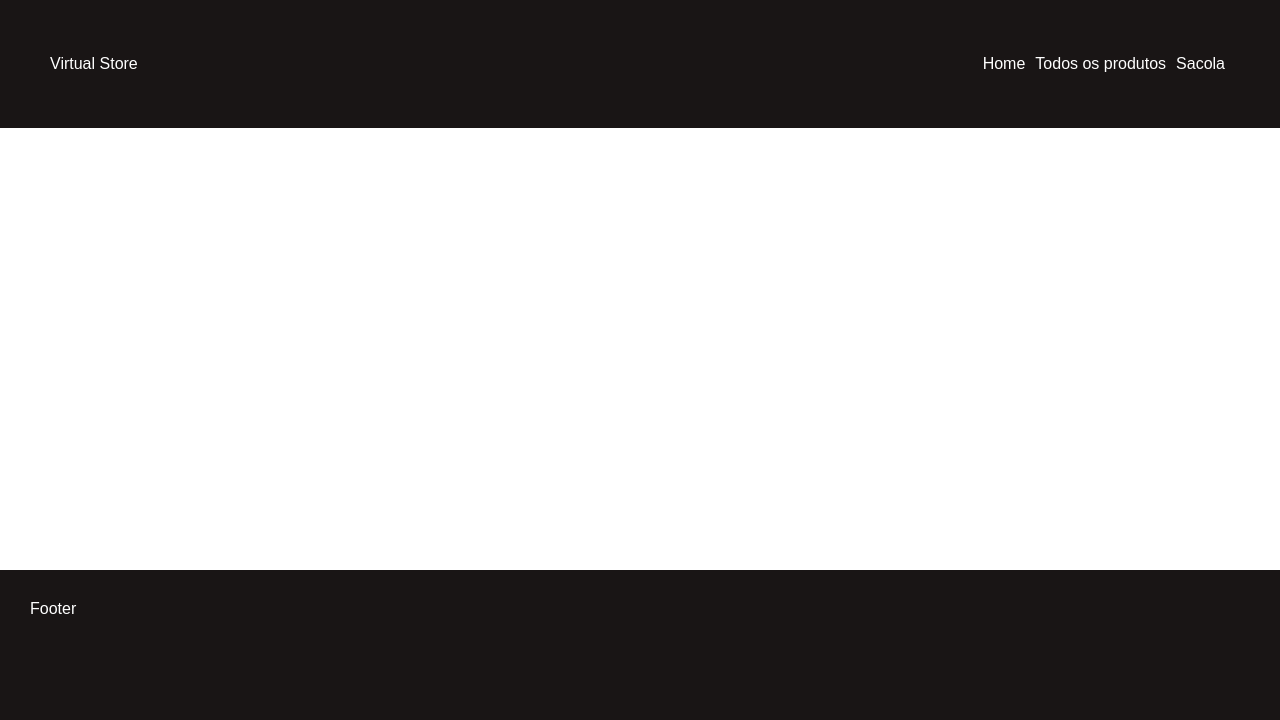
Repository: meiotera/virtuL-store
Page: /lista-de-produtos
These files come from the project's save history. The page is drawn as it stood at one moment and after the next save; the edit follows.
The browser window is 1280 px wide. The pictures show the whole page.
The page's requests for data from a server got no answer. The project was rebuilt for these pictures with package versions that can differ from the ones it lists, and the page was loaded fresh each time. No one was signed in, and anything a server would have sent is missing. Also part of the build but not shown: vite.config.js, src/pages/Home.jsx, src/styles/ProductCard.module.css, src/styles/Button.module.css, src/components/Button.jsx, src/components/ProductCard.jsx, src/styles/ProductDetail.module.css, src/pages/ProductDetail.jsx and 1 more.

Above is the page before, as saved 2025-04-09 05:57:34.

### src/main.jsx
import { StrictMode } from 'react';
import { createRoot } from 'react-dom/client';
import './index.css';
import App from './App.jsx';
import { CartProvider } from './context/CartContext.jsx';

createRoot(document.getElementById('root')).render(
  <StrictMode>
    <CartProvider>
      <App />
    </CartProvider>
  </StrictMode>,
);

### src/index.css
* {
  margin: 0;
  padding: 0;
  list-style: none;

  font-family: Arial, Helvetica, sans-serif;
  text-decoration: none;
  box-sizing: border-box;
}

body {
  margin: 0 auto;
}

footer {
  position: absolute;

  bottom: 0;
  left: 0;
  right: 0;
}

### src/App.jsx
import { BrowserRouter, Link, Route, Routes } from 'react-router-dom';
import Header from './components/Header';
import Main from './components/Main';
import Footer from './components/Footer';
import Home from './pages/Home';
import ProductList from './pages/ProductList';
import ProductDetail from './pages/ProductDetail';
import Cart from './pages/Cart';

function App() {
  return (
    <BrowserRouter>
      <Header />

      <Main>
        <Routes>
          <Route path="/" element={<Home />} />
          <Route path="/lista-de-produtos" element={<ProductList />} />
          <Route
            path="/lista-de-produtos/:title/:id"
            element={<ProductDetail />}
          />

          <Route path="/cart" element={<Cart />} />
        </Routes>
      </Main>

      <Footer />
    </BrowserRouter>
  );
}

export default App;

### src/context/CartContext.jsx
import { createContext, useContext, useState } from 'react';

export const CartContext = createContext();

export const CartProvider = ({ children }) => {
  const [cartItems, setCartItems] = useState([]);

  const addToCart = (product) => {
    const existing = cartItems.find((item) => item.id === product.id);

    if (existing) {
      const updated = cartItems.map((item) =>
        item.id === product.id
          ? { ...item, quantity: item.quantity + 1 }
          : item,
      );

      setCartItems(updated);
    } else {
      setCartItems([...cartItems, { ...product, quantity: 1 }]);
    }
  };

  return (
    <CartContext.Provider value={{ cartItems, addToCart }}>
      {children}
    </CartContext.Provider>
  );
};

export const useCart = () => useContext(CartContext);

### src/components/Header.jsx
import React from 'react';
import styles from '../styles/Header.module.css';
import MenuNav from './MenuNav';

const Header = () => {
  return (
    <header className={styles.header}>
      <div className={styles.containerHeader}>
        <div>Virtual Store</div>

        <div className={styles.navContainer}>
          <MenuNav />
        </div>
      </div>
    </header>
  );
};

export default Header;

### src/components/Main.jsx
import React from 'react';
import styles from '../styles/Main.module.css';

const Main = ({ children }) => {
  return <main className={styles.main}>{children}</main>;
};

export default Main;

### src/components/Footer.jsx
import React from 'react';
import styles from '../styles/Footer.module.css';

const Footer = () => {
  return (
    <footer className={styles.footer}>
      <div className={styles.footerContainer}>Footer</div>
    </footer>
  );
};

export default Footer;

### src/pages/ProductList.jsx
import React, { useEffect, useState } from 'react';
import { getAllProducts } from '../services/api';
import ProductCard from '../components/ProductCard';

import styles from '../styles/ProductList.module.css';

const ProductList = () => {
  const [products, setProdutcts] = useState([]);

  useEffect(() => {
    const fetchData = async () => {
      const data = await getAllProducts();
      setProdutcts(data);
    };

    fetchData();
  }, []);

  return (
    <div className={styles.containerProducts}>
      {products.map((product) => (
        <ProductCard
          key={product.id}
          id={product.id}
          title={product.title}
          image={product.image}
          rating={product.rating}
          description={product.description}
          category={product.category}
          price={product.price}
        />
      ))}
    </div>
  );
};

export default ProductList;

### src/styles/Header.module.css
.header {
  background-color: #191515;
  padding: 30px;
  margin-bottom: 30px;
  color: #fff;
}

.containerHeader {
  max-width: 1440px;
  display: flex;
  justify-content: space-between;
  flex-wrap: wrap;
  align-items: center;
  padding: 20px;
  margin: 0 auto;
}

.navContainer nav {
  display: flex;
  align-items: center;
}

.navContainer a {
  padding: 5px;

  color: #fff;
  text-decoration: none;
}

### src/components/MenuNav.jsx
import React from 'react';
import { Link } from 'react-router-dom';

const MenuNav = () => {
  return (
    <nav>
      <Link to="/">Home</Link>
      <Link to="/lista-de-produtos">Todos os produtos</Link>
      <Link to="/cart">Sacola</Link>
    </nav>
  );
};
export default MenuNav;

### src/styles/Main.module.css
.main {
  max-width: 1440px;
  margin: 0 auto;
}

### src/styles/Footer.module.css
.footer {
  padding: 30px;
  background-color: #191515;
  color: #fff;

  height: 150px;
}

.footerContainer {
  max-width: 1440px;
  margin: 0 auto;
}

### src/services/api.js
const BASE_URL = 'https://fakestoreapi.com';

// buscar todos os produtos
export const getAllProducts = async () => {
  const res = await fetch(`${BASE_URL}/products`);
  const data = await res.json();

  return data;
};

export const getASingleProduct = async (id) => {
  const res = await fetch(`${BASE_URL}/products/${id}`);
  const data = await res.json();

  return data;
};

export const finalizarCompra = async (userId, cartItems) => {
  try {
    const formattedCart = {
      userId,
      date: new Date().toISOString(),
      products: cartItems.map((item) => ({
        productId: item.id,
        quantity: item.quantity,
      })),
    };

    const response = await fetch(`${BASE_URL}/carts`, {
      method: 'POST',
      body: JSON.stringify(formattedCart),
      headers: {
        'Content-Type': 'application/json',
      },
    });

    const result = await response.json();
    console.log('Compra enviada com sucesso:', result);
    alert('Compra finalizada com sucesso!');
  } catch (error) {
    console.error('Erro ao finalizar a compra:', error);
    alert('Erro ao finalizar a compra. Tente novamente.');
  }
};

### src/styles/ProductList.module.css
.containerProducts {
  display: flex;
  flex-wrap: wrap;
  justify-content: center;
  align-items: center;
  width: 100%;
  gap: 20px;
}

@media (min-width: 960px) {
  .containerProducts {
    justify-content: space-between;
  }
}

Loaded but not shown: index.html (common file)

After the next save:
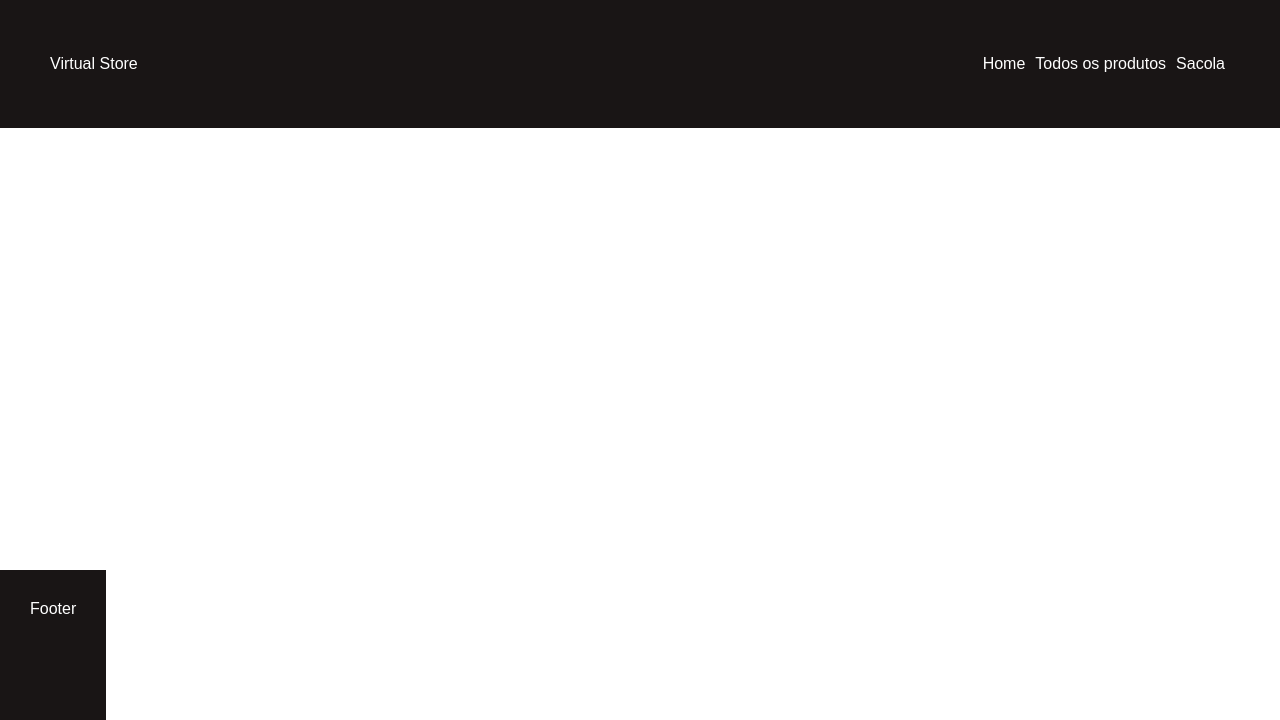
Saved 32 s later.
--- a/src/index.css
+++ b/src/index.css
@@ -16,6 +16,4 @@
   position: absolute;
 
   bottom: 0;
-  left: 0;
-  right: 0;
 }

After the save that followed:
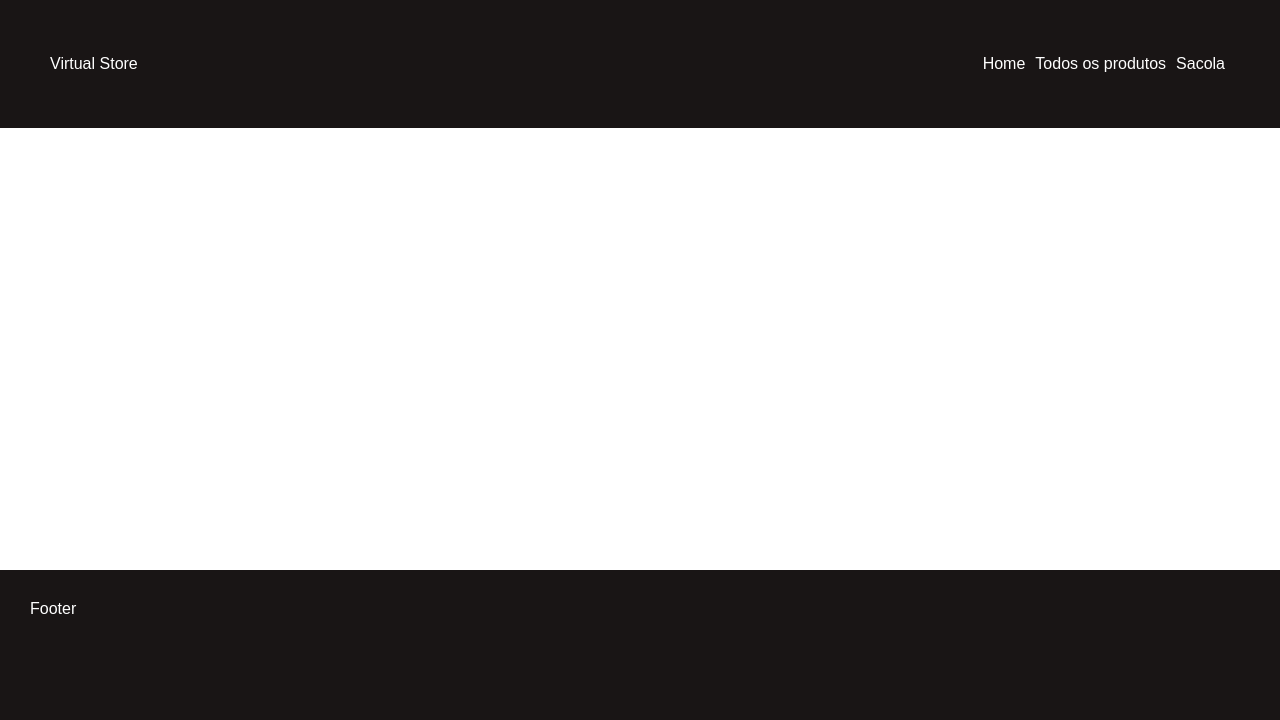
Saved 4 s later.
--- a/src/index.css
+++ b/src/index.css
@@ -16,4 +16,6 @@
   position: absolute;
 
   bottom: 0;
+  left: 0;
+  right: 0;
 }
